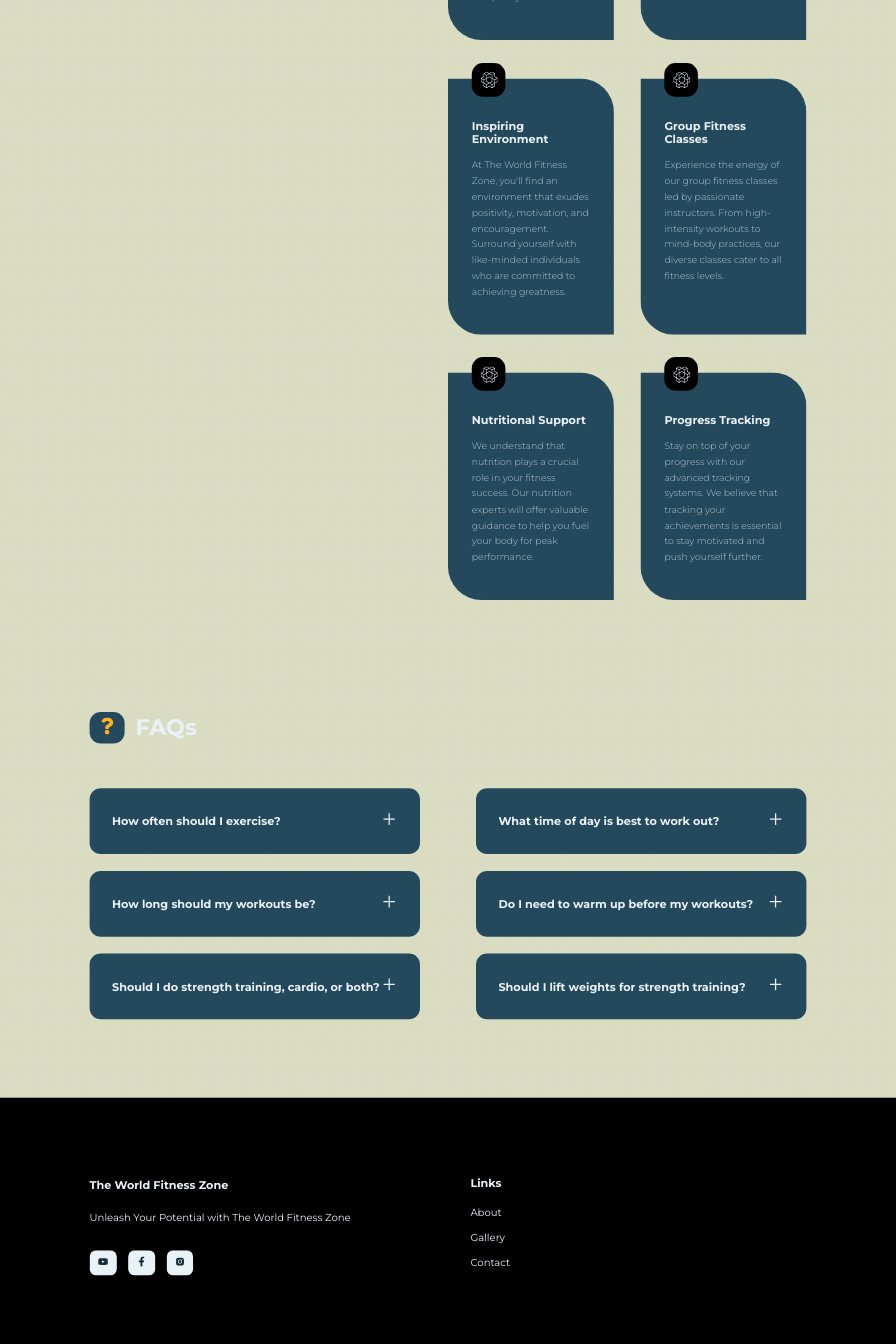
Repository: aryaMode/gym-portfolio
Page: /
The author's editor kept a copy of each file at every save. The page is drawn from the files as they stood at one save, then again after the next save.
The browser window is 1280 px wide. The pictures show the part of the page from y = 2233 to 4153 px (the page is 4153 px tall), at 70% of full size.
The project was rebuilt for these pictures with package versions that can differ from the ones it lists, and the page was loaded fresh each time. Also part of the build but not shown: src/components/Testimonial.jsx, src/pages/about/about.css, src/components/Header.jsx, src/pages/about/About.jsx, src/pages/contact/contact.css, src/pages/contact/Contact.jsx, src/pages/gallery/gallery.css, src/pages/gallery/Gallery.jsx and 7 more.

Above is the page before, as saved 2023-07-20 18:15:09.

After the next save:
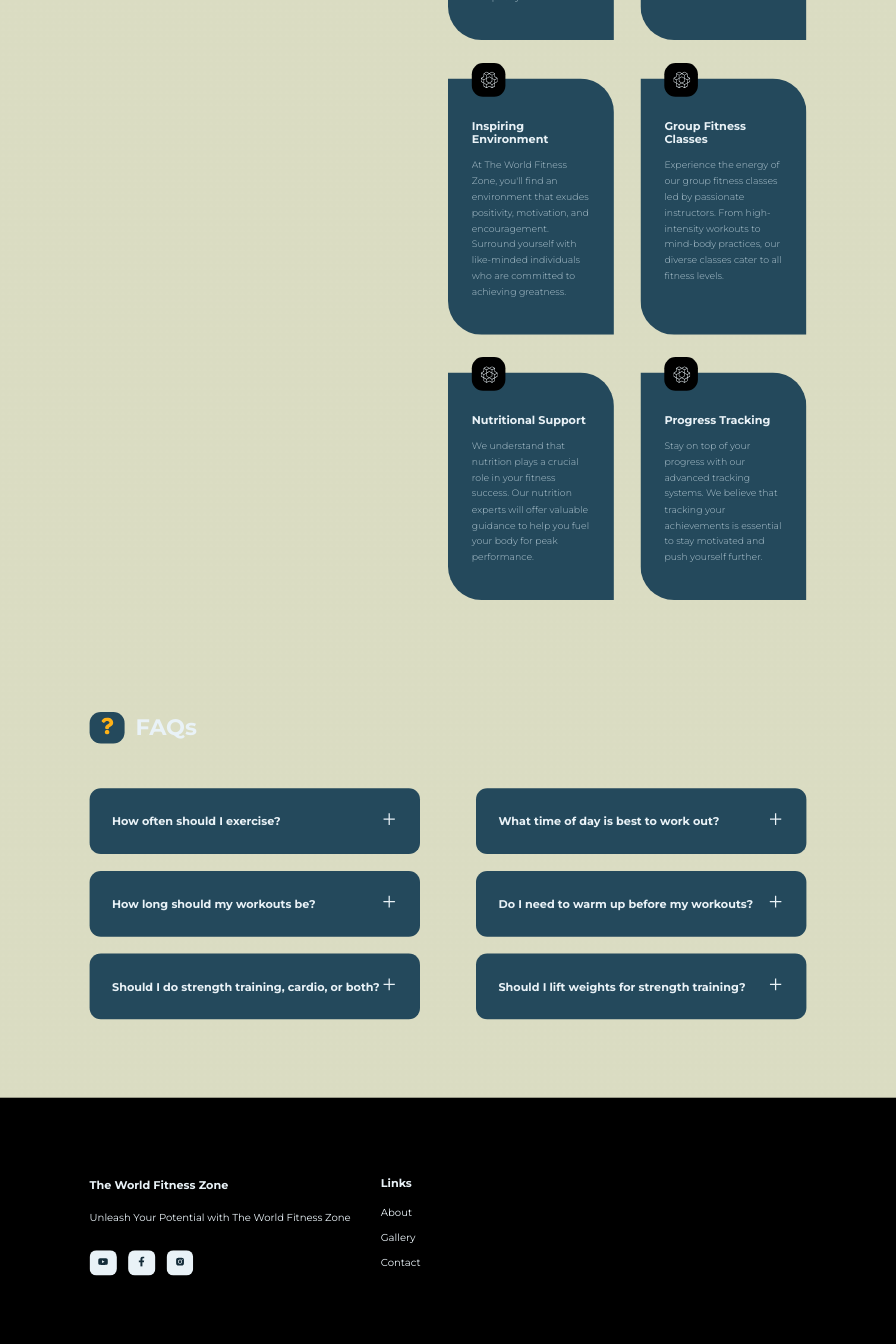
Saved 13 s later.
--- a/src/pages/home/home.css
+++ b/src/pages/home/home.css
@@ -240,7 +240,7 @@ footer {
 .footer__container {
     display: grid;
     grid-template-columns: 26rem  1fr;
-    gap: 8rem;
+
 }
 
 .footer__container article {
